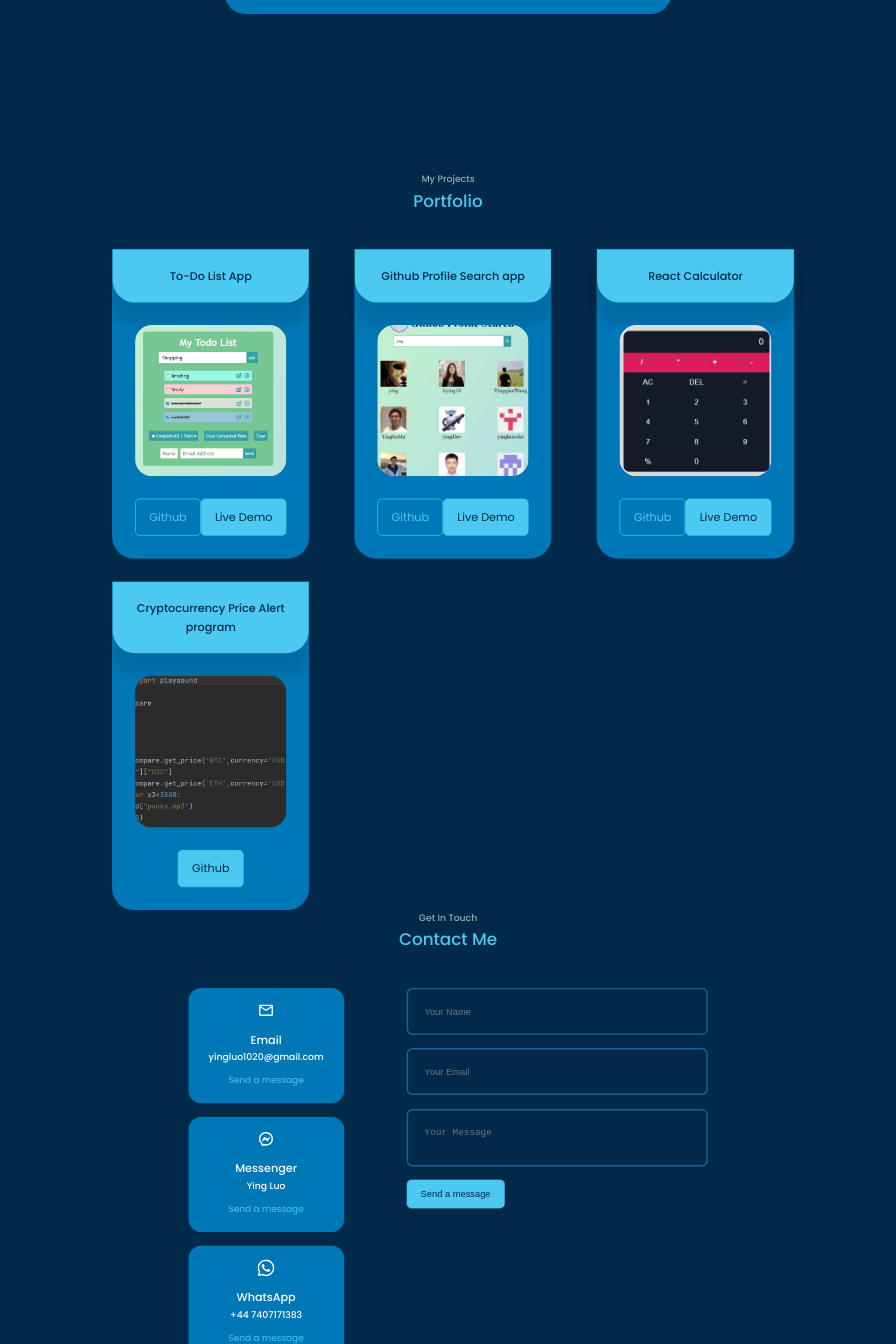
Repository: yingluo1020/react-portfolio-website
Page: /
The author's editor kept a copy of each file at every save. The page is drawn from the files as they stood at one save, then again after the next save.
The browser window is 1280 px wide. The pictures show the part of the page from y = 1635 to 3555 px (the page is 4079 px tall before and 4239 px after), at 70% of full size.
The project was rebuilt for these pictures with package versions that can differ from the ones it lists, and the page was loaded fresh each time. Imported but missing from the stored project, and not drawn on this page: src/assets/YingLuo_resume.pdf.

Above is the page before, as saved 2022-03-16 14:38:16.

After the next save:
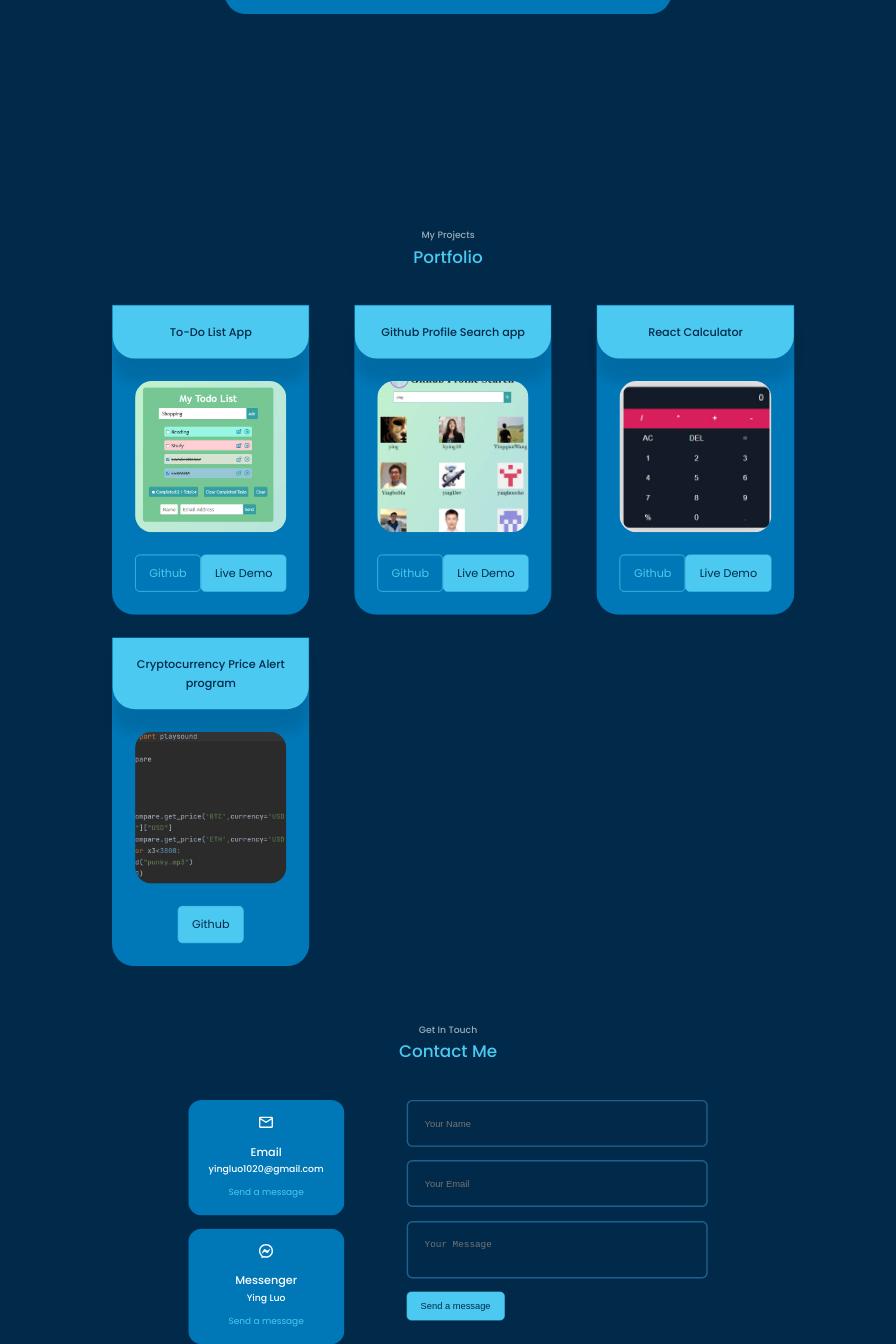
Saved 68 s later.
--- a/src/index.css
+++ b/src/index.css
@@ -59,6 +59,7 @@ h1 {
 }
 
 section {
+    margin-bottom: 5rem;
     min-height: 100vh;
 }
 
